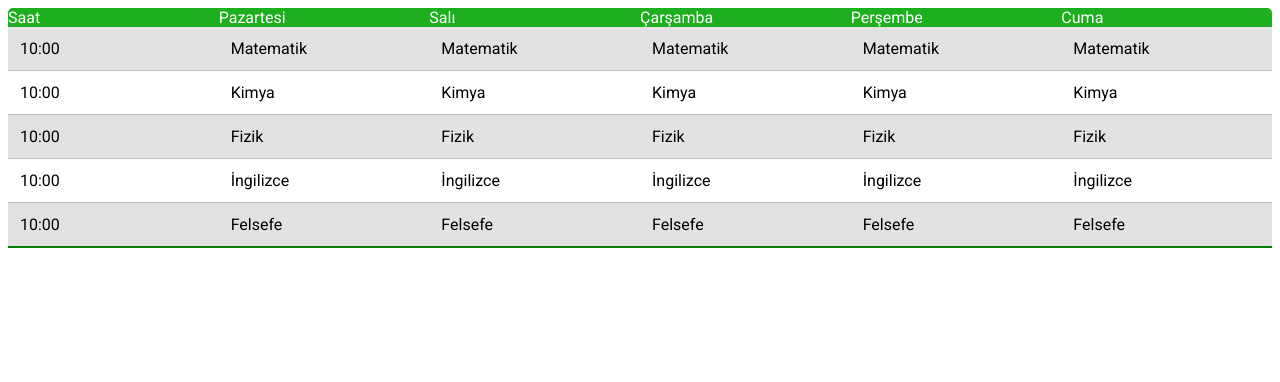
Repository: ahmetbugraozcan/css-ders-programi
Page: deneme.html
An editor plug-in stored every save of this project. The page is shown before and after the next save, followed by the edit.
The browser window is 1280 px wide. The pictures show the whole page.

Above is the page before, as saved 2021-07-10 10:09:04.

After the next save:
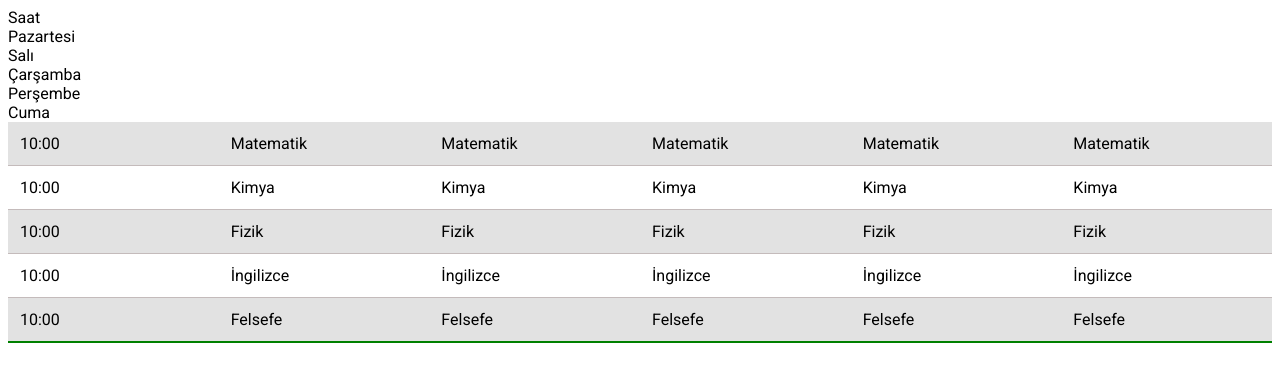
Saved 55 s later.
--- a/deneme.html
+++ b/deneme.html
@@ -11,12 +11,13 @@
 </head>
 <style>
     * {
-            box-sizing: border-box;
-        }
-body {
-          font-family: 'Roboto', sans-serif;
+        box-sizing: border-box;
+    }
 
-        }
+    body {
+        font-family: 'Roboto', sans-serif;
+
+    }
 
     header {
         background-color: rgb(29, 175, 29);
@@ -31,22 +32,24 @@ body {
         /* aligns all child elements (flex items) in a row */
     }
 
-    .col :nth-of-type(odd){
-        background-color:rgb(226, 226, 226) ;
+    .col :nth-of-type(odd) {
+        background-color: rgb(226, 226, 226);
     }
+
     .col :last-child {
         border-bottom: 2px solid green;
     }
 
-    .col > div {
+    .col>div {
         border-bottom: 1px solid rgb(196, 187, 187);
 
 
     }
 
-    .row > .col > div{
-        padding:12px;
+    .row>.col>div {
+        padding: 12px;
     }
+
     .col {
         flex: 1;
         /* distributes space on the line equally among items */
@@ -55,16 +58,18 @@ body {
 
 <body>
 
-    <header>
+
         <div class="col">Saat</div>
         <div class="col">Pazartesi</div>
         <div class="col">Salı</div>
         <div class="col">Çarşamba</div>
         <div class="col">Perşembe</div>
         <div class="col">Cuma</div>
-    </header>
+
     <div class="row">
-        <div class="col"><div>10:00</div><div>10:00</div>
+        <div class="col">
+            <div>10:00</div>
+            <div>10:00</div>
             <div>10:00</div>
             <div>10:00</div>
             <div>10:00</div>
@@ -76,23 +81,29 @@ body {
             <div>İngilizce</div>
             <div>Felsefe</div>
         </div>
-        <div class="col"><div>Matematik</div><div>Kimya</div>
-            <div>Fizik</div>
-            <div>İngilizce</div>
-            <div>Felsefe</div>
-        </div>
-        <div class="col"><div>Matematik</div>
+        <div class="col">
+            <div>Matematik</div>
             <div>Kimya</div>
             <div>Fizik</div>
             <div>İngilizce</div>
             <div>Felsefe</div>
         </div>
-        <div class="col"><div>Matematik</div><div>Kimya</div>
+        <div class="col">
+            <div>Matematik</div>
+            <div>Kimya</div>
             <div>Fizik</div>
             <div>İngilizce</div>
             <div>Felsefe</div>
         </div>
-        <div class="col"><div>Matematik</div>
+        <div class="col">
+            <div>Matematik</div>
+            <div>Kimya</div>
+            <div>Fizik</div>
+            <div>İngilizce</div>
+            <div>Felsefe</div>
+        </div>
+        <div class="col">
+            <div>Matematik</div>
             <div>Kimya</div>
             <div>Fizik</div>
             <div>İngilizce</div>
